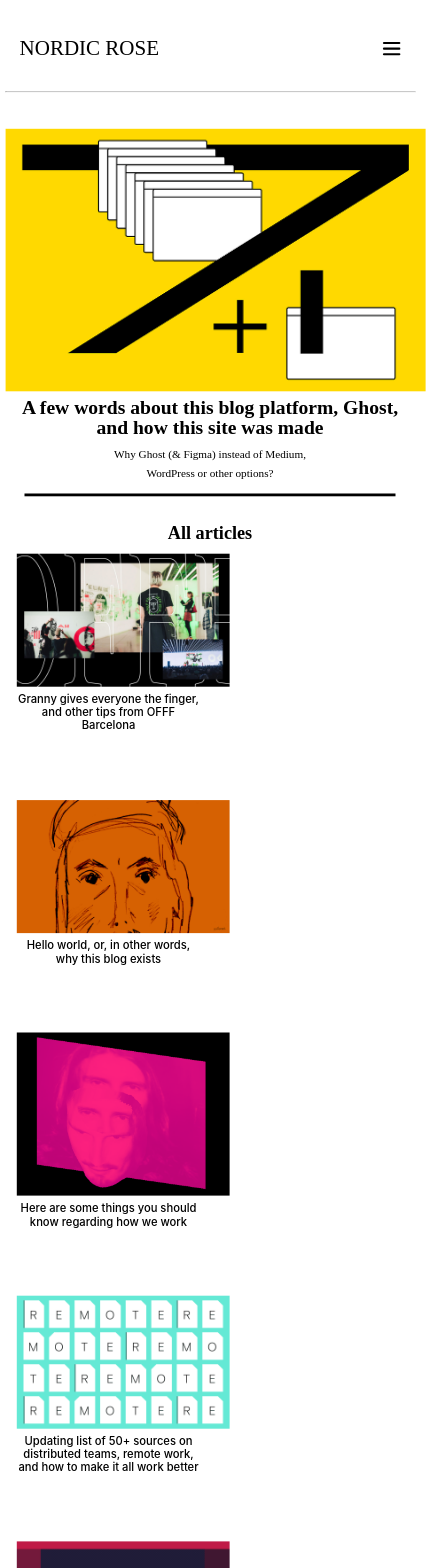
Repository: ThuTrang-jvb/JVB-BT1
Page: Page 2/listing.html
An editor plug-in stored every save of this project. The page is shown before and after a run of saves, followed by the edit.
The browser window is 600 px wide. The page is 624 px wide, so the pictures cover 624 px, including what lies to the right of the window. The pictures show the part of the page from y = 0 to 2240 px (the page is 3281 px tall before and 3271 px after), at 70% of full size.

Above is the page before, as saved 2025-06-26 15:18:36.

After the next 2 saves:
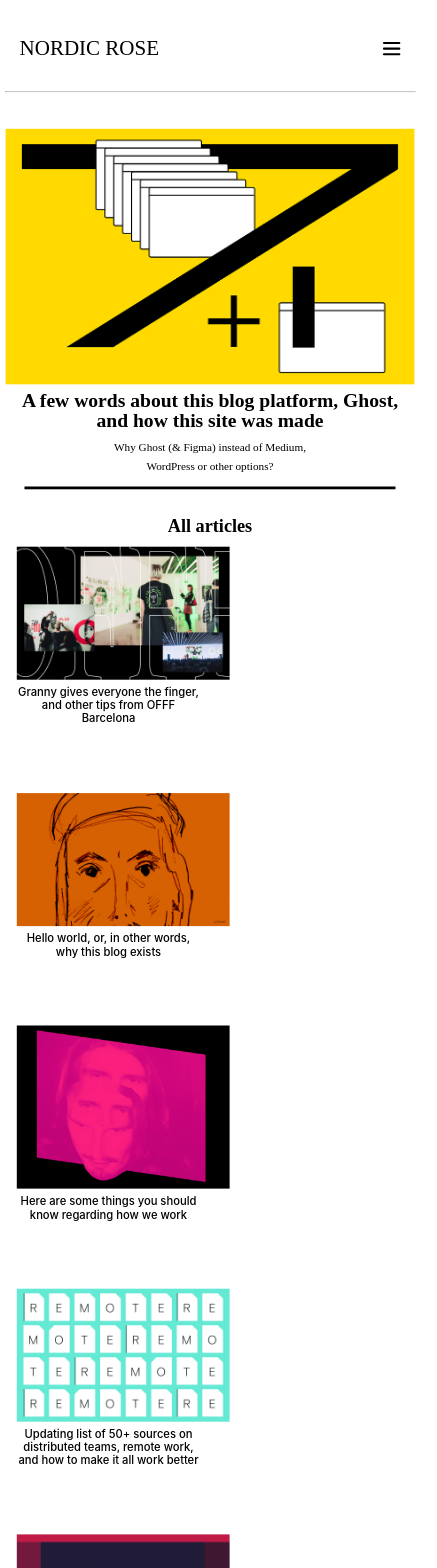
The 2 saves are shown as one change because they came seconds apart.
The last was saved 60 s later.
--- a/Page 2/styleListing.css
+++ b/Page 2/styleListing.css
@@ -209,7 +209,7 @@ hr {
     }
 
     .title img {
-        width: 100vw;
+        width: 100%;
         height: auto;
         display: block;
         margin: 0;
